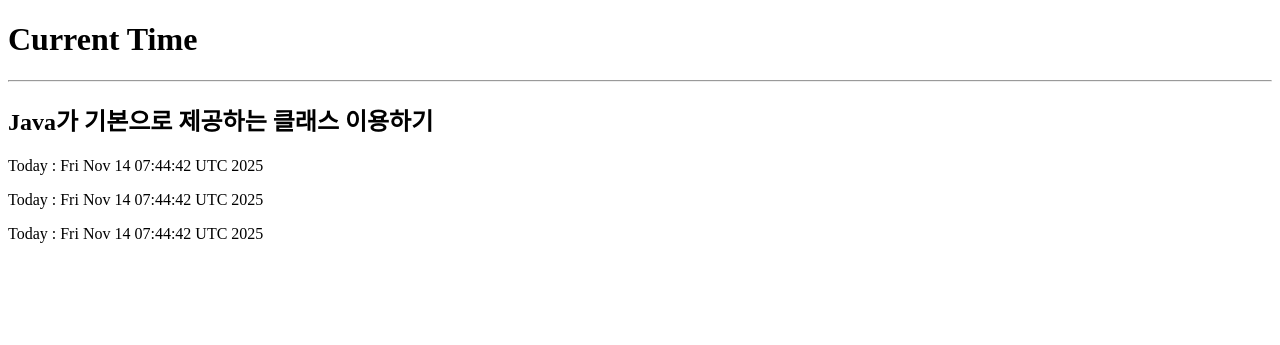
Repository: minjuleee/Server_study
Page: http://localhost/web/03_script_test.jsp
These files come from the project's save history. The page is drawn as it stood at one moment and after the next save; the edit follows.
The browser window is 1280 px wide. The pictures show the whole page.
The page is served by Tomcat 10.

Above is the page before, as saved 2025-11-18 12:22:43.

After the next save:
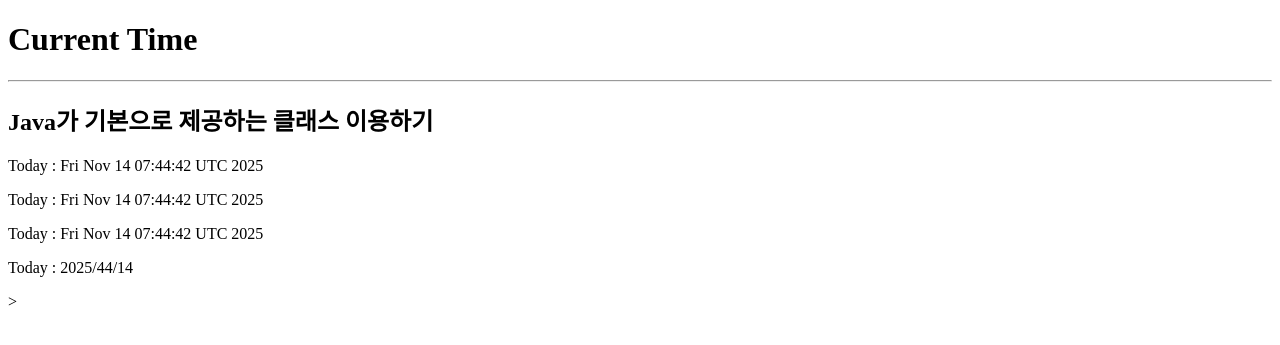
Saved 2 min 41 s later.
--- a/dev/web/src/main/webapp/03_script_test.jsp
+++ b/dev/web/src/main/webapp/03_script_test.jsp
@@ -17,5 +17,9 @@
 	<p>Today : <%=date.toString() %></p>
 	<p>Today : <%=new java.util.Date() %></p>
 	<!-- SimpleDAteFormat을 이용하여 원하는 형태로 Date 표시 가능 -->
+	<%
+		java.text.SimpleDateFormat sdf = new java.text.SimpleDateFormat("yyyy/mm/dd");
+	%>
+	<p>Today : <%=sdf.format(date) %></p>>
 </body>
 </html>
